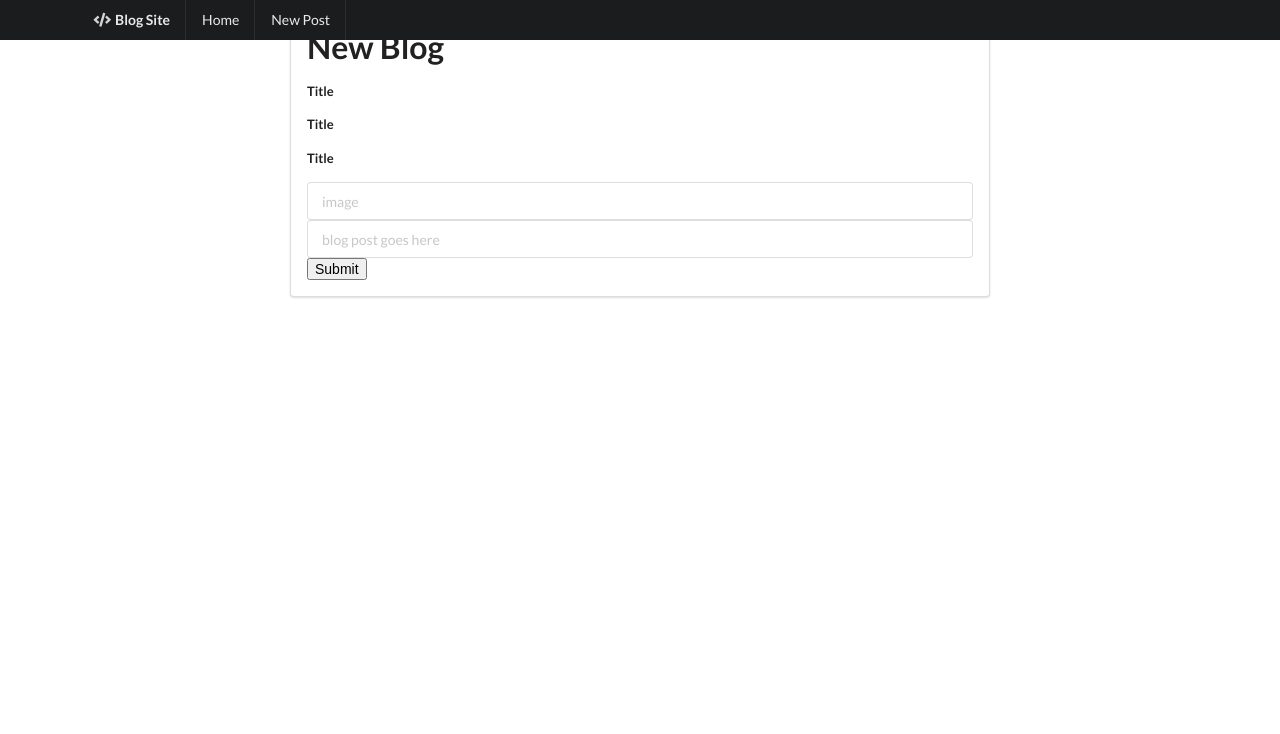
Repository: demioke/web-development-bootcamp
Page: http://localhost/blogs/new
The author's editor kept a record of every edit. The page is drawn from the files as they stood at one moment, then again after the next edit.
The browser window is 1280 px wide. The pictures show the whole page.
Some web libraries are served in a nearby version. The page is served by the project's Node server (RESTful_Routing/RESTfulBlogApp/app.js).

Above is the page before.

### RESTful_Routing/RESTfulBlogApp/views/new.ejs
<% include ./partials/header.ejs %>

<div class="ui main text container segment">
    <div class="ui huge header">New Blog</div>
    <form class="ui form" action="/blogs" method="POST">
        <div class="field">
            <label>Title</label>
        </div>
        <div class="field">
            <label>Title</label>
        </div>
        <div class="field">
            <label>Title</label>
        </div>

        <input type="text" name="blog[image]" placeholder="image">
        <input type="text" name="blog[body]" placeholder="blog post goes here">
        <input type="submit">
    </form>
</div>

<% include ./partials/footer.ejs %>

<!--<input type="text" name="blog[title]">-->
<!--What this will do is, instead of making the value for title available directly -->
<!--from req.body.title it will put it inside of an object, like so: req.body.blog.title-->
<!--same goes for "blog[image]" and name="blog[body]".-->
<!--Now all of the values from the inputs in the form get added into one object (req.body.blog) -->
<!--and you can easily input that data into the database simply by passing in req.body.blog to Blog.create()-->

### RESTful_Routing/RESTfulBlogApp/views/partials/header.ejs
<!DOCTYPE html>
<html>
    <head>
        <title>Blog App</title>
        <link rel="stylesheet" type="text/css" href="https://cdnjs.cloudflare.com/ajax/libs/semantic-ui/2.3.2/semantic.min.css">
        <link rel="stylesheet" type="text/css" href="/stylesheets/app.css">
    </head>
    <body>
        <div class="ui fixed inverted menu">
            <div class="ui container">
                <div class="header item"><i class="code icon"></i> Blog Site</div>
                <a href="/" class="item">Home</a>
                <a href="/blogs/new" class="item">New Post</a>
            </div>
        </div>

### RESTful_Routing/RESTfulBlogApp/app.js
var express = require("express");
var app = express();
var bodyParser = require("body-parser");
var mongoose = require("mongoose");
var methodOverride = require("method-override");
var expressSanitizer = require("express-sanitizer");

// APP CONFIG
mongoose.connect("mongodb://localhost/restful_blog_app");
app.set("view engine", "ejs");
app.use(express.static("public")); // allows us to serve custo stylesheets saved in this directory
app.use(bodyParser.urlencoded({extended: true}));
app.use(expressSanitizer()); //has to come after body-parser. allows us to prevent users from entering script tags int htmls
app.use(methodOverride("_method")); // looks for _method in urls to enable html to make PUT and DELETE requests


// MONGOOSE/MODEL CONFIG
var blogSchema = new mongoose.Schema({
    title: String,
    image: String,
    body: String,
    created: {type: Date, default: Date.now} //the date the object i.e. the blog was created. default variable can be used in other obj variabls as used here
});
var Blog = mongoose.model("Blog", blogSchema);

// RESTFUL ROUTES

app.get("/", function(req, res) {
    res.redirect("/blogs");
});

// INDEX ROUTE
app.get("/blogs", function(req, res) {
    Blog.find({}, function(err, blogs) { // find all blogs in DB: "blogs"
        if(err) {
            console.log("ERROR");
        }
        else {
            res.render("index", {blogs: blogs}); // pass all blogs to ejs as "blogs"
        }
    });
});

// NEW ROUTE
app.get("/blogs/new", function(req, res) {
   res.render("new");
});

// CREATE ROUTE
app.post("/blogs", function(req, res) {
    // create blog
    console.log(req.body.blog.body);
    req.body.blog.body = req.sanitize(req.body.blog.body); //sanitizes body of blog
    console.log("=====================");
    console.log(req.body.blog.body);
    Blog.create(req.body.blog, function(err, newBlog) {
        if(err) {
            res.render("new");
        }
        else { // redirect to the index
            res.redirect("/blogs");
        }
    });
});

// SHOW ROUTE
app.get("/blogs/:id", function(req, res) {
    Blog.findById(req.params.id, function(err, foundBlog) {
        if(err) {
            res.redirect("/blogs");
        }
        else {
            res.render("show", {blog: foundBlog});
        }
    });
});

// EDIT ROUTE
app.get("/blogs/:id/edit", function(req, res) {
    Blog.findById(req.params.id, function(err, foundBlog) {
        if(err) {
            res.redirect("/blogs");
        }
        else {
            res.render("edit", {blog: foundBlog});
        }
    });
});

// UPDATE ROUTE
app.put("/blogs/:id", function(req, res) {
    req.body.blog.body = req.sanitize(req.body.blog.body); //sanitizes body of blog
    Blog.findByIdAndUpdate(req.params.id, req.body.blog, function(err, updatedBlog) { // 2nd parameter of fn is the new updated data
        if(err) {
            res.redirect("/blogs");
        }
        else {
            res.redirect("/blogs/" + req.params.id) // redirects back to show page with updated blog
        }
    });
});

// DELETE ROUTE
app.delete("/blogs/:id", function(req, res) {
    //destroy blog
    Blog.findByIdAndRemove(req.params.id, function(err) { // callback fn only takes err argument as blog data may be deleted
        if(err) {
            res.redirect("/blogs");
        }
        else {
            res.redirect("/blogs");
        }
    });
    //redirect somewhere
});

app.listen(process.env.PORT, process.env.IP, function() {
    console.log("SERVER IS RUNNING");
});

### RESTful_Routing/RESTfulBlogApp/public/stylesheets/app.css
i .icon {
    font-size: 4em;
}

Loaded but not shown: RESTful_Routing/RESTfulBlogApp/views/partials/footer.ejs (common file)

After the next edit:
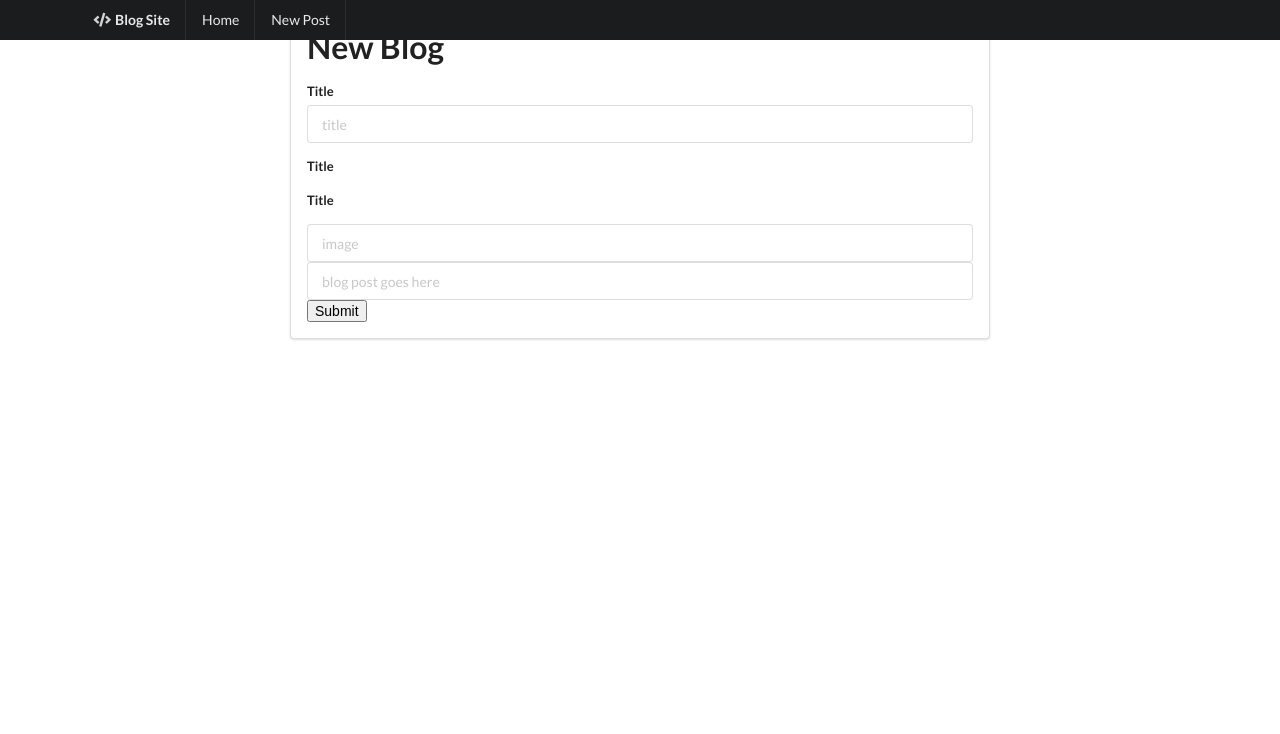
The edit:
--- a/RESTful_Routing/RESTfulBlogApp/views/new.ejs
+++ b/RESTful_Routing/RESTfulBlogApp/views/new.ejs
@@ -5,6 +5,7 @@
     <form class="ui form" action="/blogs" method="POST">
         <div class="field">
             <label>Title</label>
+            <input type="text" name="blog[title]" placeholder="title">
         </div>
         <div class="field">
             <label>Title</label>
